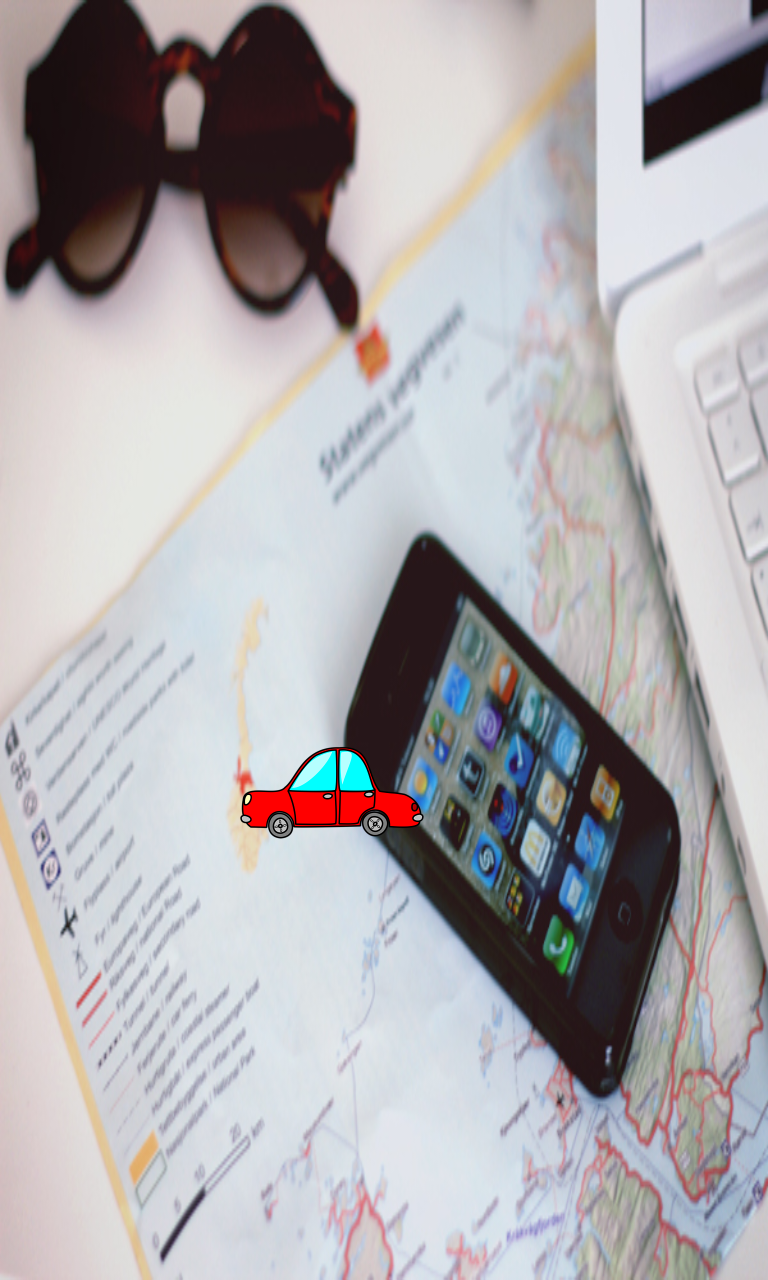
Repository: prernanain27/Android-Travel-Project
Layout: Itravel/res/layout/activity_itravel.xml
The author's editor kept a copy of each file at every save. The layout is drawn from the files as they stood at one save, then again after the next save.
It is drawn on a 768 x 1280 px phone screen (xhdpi) without system bars, with theme AppTheme; the app's code is not run.

Above is the layout before, as saved 2013-09-21 03:52:33.

### Itravel/res/layout/activity_itravel.xml
<LinearLayout xmlns:android="http://schemas.android.com/apk/res/android"
    xmlns:tools="http://schemas.android.com/tools"
    android:layout_width="match_parent"
    android:layout_height="match_parent"
    android:orientation="vertical"
    android:background="@drawable/travel2"
    >

    <ImageView
        android:id="@+id/imageView1"
        android:layout_width="292dp"
        android:layout_height="100dp"
        android:src="@drawable/car"
        android:layout_marginTop="350dp"
        android:layout_marginLeft="20dp"/>



</LinearLayout>

Loaded but not shown: Itravel/res/values-v11/styles.xml (common file); Itravel/res/values/styles.xml (common file)

After the next save:
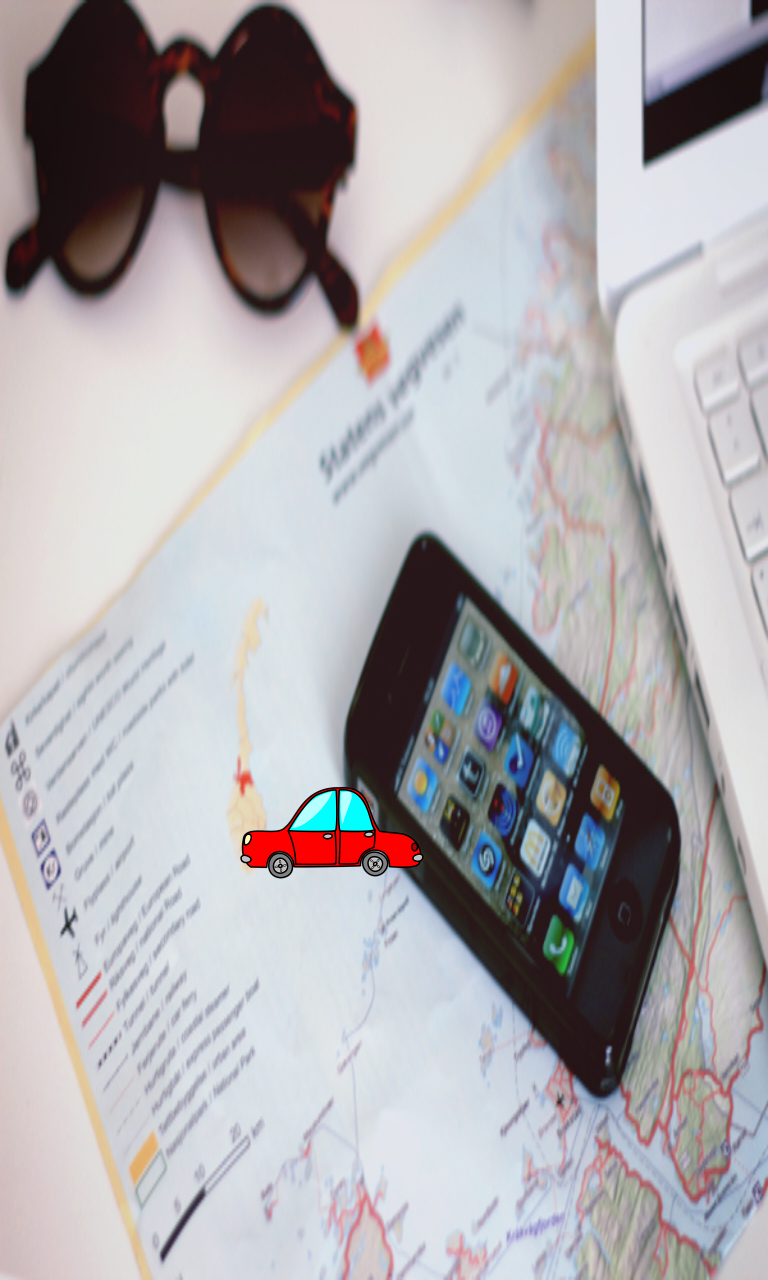
Saved 5 s later.
--- a/Itravel/res/layout/activity_itravel.xml
+++ b/Itravel/res/layout/activity_itravel.xml
@@ -11,7 +11,7 @@
         android:layout_width="292dp"
         android:layout_height="100dp"
         android:src="@drawable/car"
-        android:layout_marginTop="350dp"
+        android:layout_marginTop="370dp"
         android:layout_marginLeft="20dp"/>
 
 
